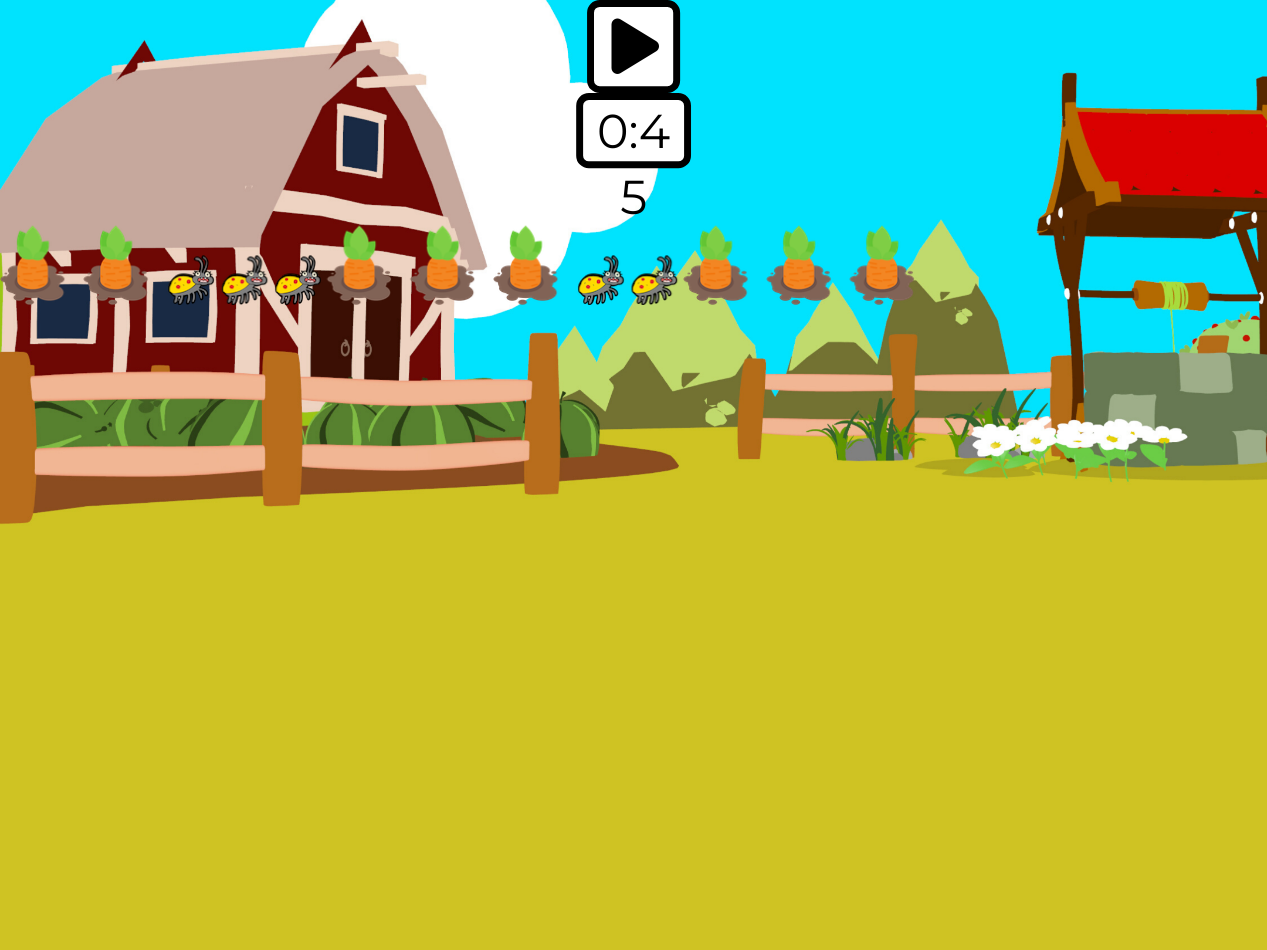
Repository: sephinejo/Mini-carrot-game
Page: index.html
An editor plug-in stored every save of this project. The page is shown before and after the next save, followed by the edit.
The browser window is 1280 px wide. The pictures show the whole page, at 99% of full size.
Some web fonts or font styles are not loaded; a fallback is used. Some web libraries are served in a nearby version.

Above is the page before, as saved 2023-05-14 21:38:09.

After the next save:
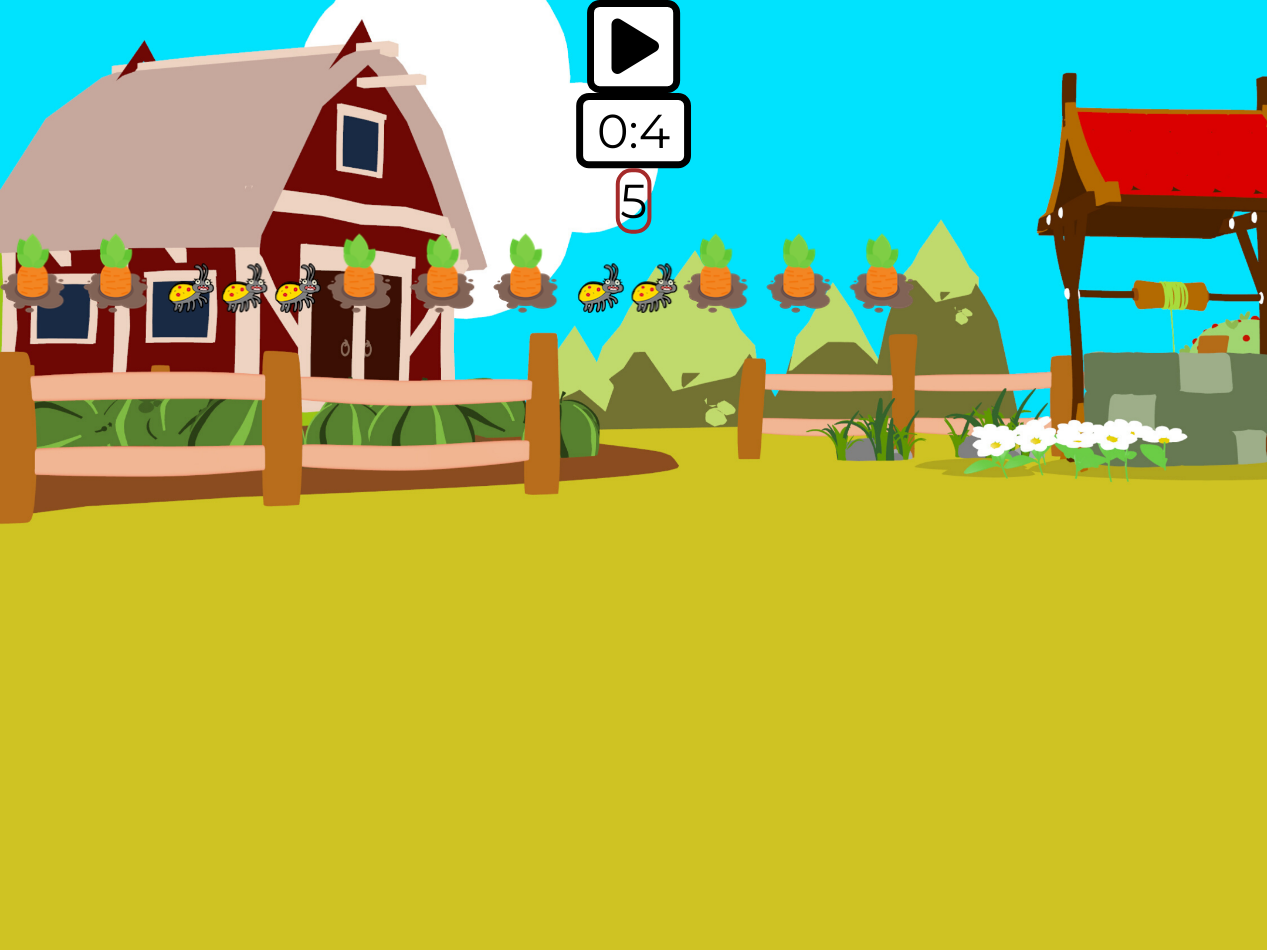
Saved 15 s later.
--- a/style.css
+++ b/style.css
@@ -39,5 +39,6 @@ body {
 .info__counter {
   font-family: Montserrat;
   font-size: 3rem;
-  border: ;
+  border: 0.3rem solid brown;
+  border-radius: 1rem;
 }
